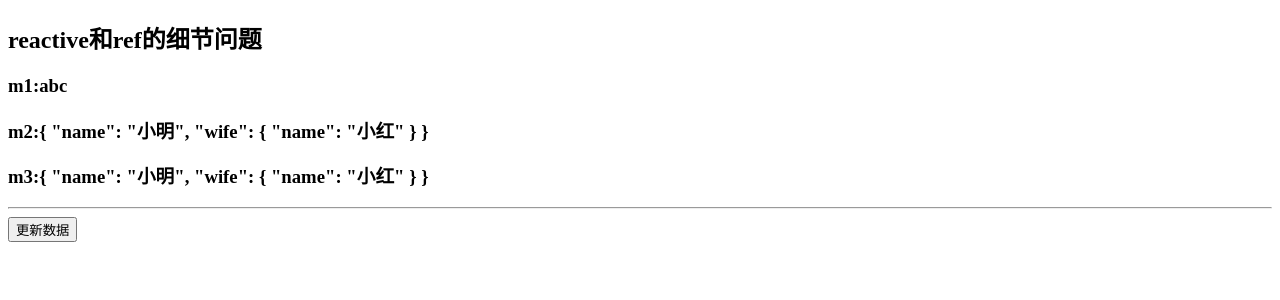
Repository: zhuhongxiang/Vue3.0-TSLeaning
Page: / (app in 04_Vue3/vue3_learning/)
The author's editor kept a copy of each file at every save. The page is drawn from the files as they stood at one save, then again after the next save.
The browser window is 1280 px wide. The pictures show the whole page.
The project was rebuilt for these pictures with package versions that can differ from the ones it lists, and the page was loaded fresh each time.

Above is the page before, as saved 2021-07-26 10:52:55.

After the next save:
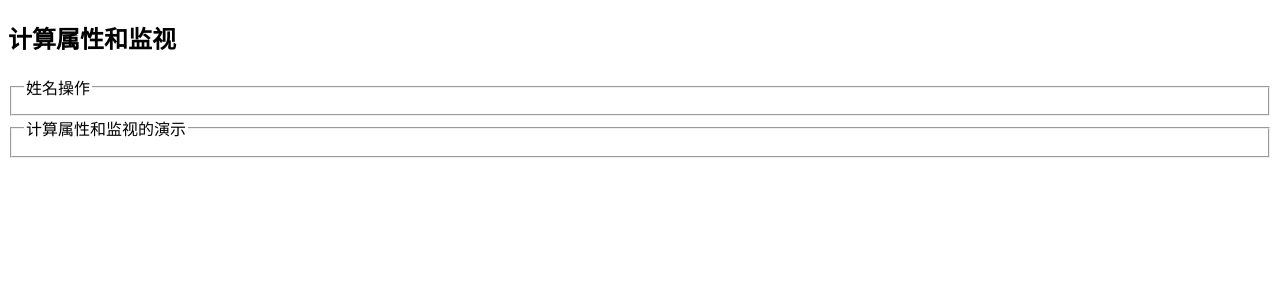
Saved 3 min 20 s later.
--- a/04_Vue3/vue3_learning/src/App.vue
+++ b/04_Vue3/vue3_learning/src/App.vue
@@ -1,55 +1,21 @@
 <template>
-  <h2>reactive和ref的细节问题</h2>
-  <h3>m1:{{ m1 }}</h3>
-  <h3>m2:{{ m2 }}</h3>
-  <h3>m3:{{ m3 }}</h3>
-  <hr />
-  <button @click="update">更新数据</button>
+  <h2>计算属性和监视</h2>
+  <fieldset>
+    <legend>姓名操作</legend>
+  </fieldset>
+  <fieldset>
+    <legend>计算属性和监视的演示</legend>
+  </fieldset>
 </template>
 
 <script lang='ts'>
-import { defineComponent, reactive, ref } from "vue";
+import { defineComponent, reactive } from "vue";
 export default defineComponent({
   name: "App",
   props: {},
   components: {},
-  // 是Vue3的 composition API中2个最重要的响应式API(ref和reactive)
-  // ref用来处理基本类型数据, reactive用来处理对象(递归深度响应式)
-  // 如果用ref对象/数组, 内部会自动将对象/数组转换为reactive的代理对象
-  // ref内部: 通过给value属性添加getter/setter来实现对数据的劫持
-  // reactive内部: 通过使用Proxy来实现对对象内部所有数据的劫持, 并通过Reflect操作对象内部数据
-  // ref的数据操作: 在js中要.value, 在模板中不需要(内部解析模板时会自动添加.value)
   setup() {
-    // 通过ref的方式设置的数据
-    const m1 = ref("abc");
-    const m2 = reactive({
-      name: "小明",
-      wife: {
-        name: "小红",
-      },
-    });
-    // ref也可以传入对象吗？
-    const m3 = ref({
-      name: "小明",
-      wife: {
-        name: "小红",
-      },
-    });
-    const update = () => {
-      // ref中如果放入的是一个对象，那么是经过了reactive的处理，形成了一个Proxy对象
-      console.log(m3);
-      m1.value += "===";
-      m2.wife.name += "===";
-      // m3.value.name += "===";
-      m3.value.wife.name += "===";
-      console.log(m3.value.wife);
-    };
-    return {
-      m1,
-      m2,
-      m3,
-      update,
-    };
+    return {};
   },
 });
 </script>
